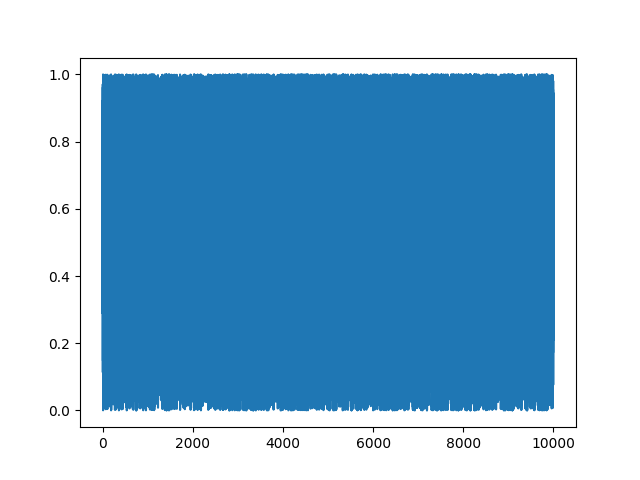
Repository: Nordenbox/Nordenbox_MachineLearning_Study
Script's output: python Playground.py
An editor plug-in stored every save of this project. The script's output is shown before and after the next save, followed by the edit.
Random numbers start from a fixed seed.

Above is the script's output before, as saved 2021-01-06 19:33:04.

### Playground.py
import time
import matplotlib.pyplot as plt
n = 0.1
list_x = [j for j in range(10000)]
list_y=[]
for i in range(10000):
    n = 4*n*(1-n)
    print(n, '\n')
    list_y.append(n)


plt.plot(list_x, list_y)
plt.show()

After the next save:
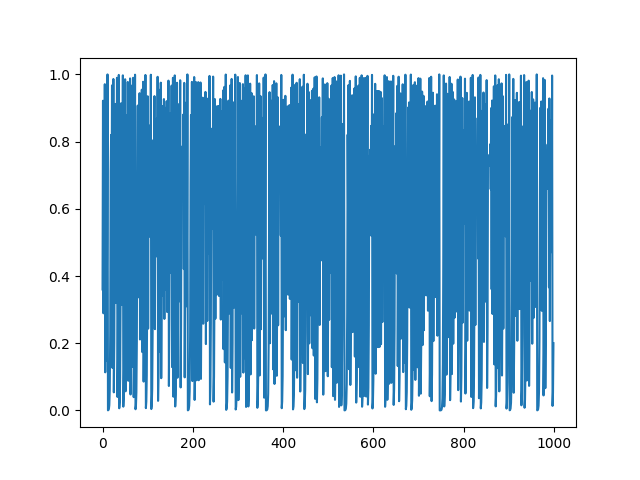
Saved 28 s later.
--- a/Playground.py
+++ b/Playground.py
@@ -1,9 +1,9 @@
 import time
 import matplotlib.pyplot as plt
 n = 0.1
-list_x = [j for j in range(10000)]
+list_x = [j for j in range(1000)]
 list_y=[]
-for i in range(10000):
+for i in range(1000):
     n = 4*n*(1-n)
     print(n, '\n')
     list_y.append(n)
